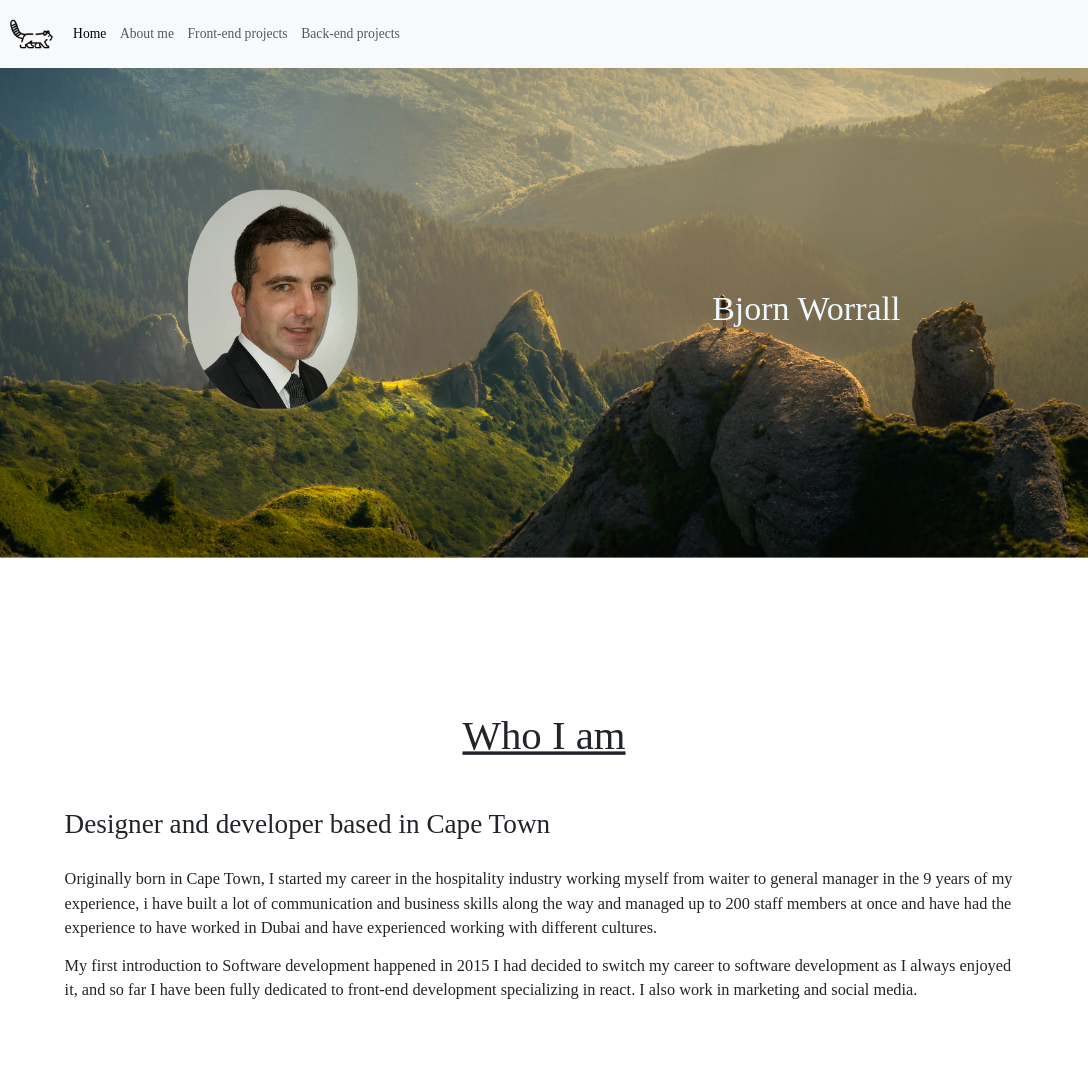
Repository: lasity34/portfolio
Page: index.html
The author's editor kept a copy of each file at every save. The page is drawn from the files as they stood at one save, then again after the next save.
The browser window is 1280 px wide. The pictures show the whole page, at 85% of full size.
Backgrounds fixed to the window are drawn as part of the page. Some web fonts or font styles are not loaded; a fallback is used.

Above is the page before, as saved 2023-03-14 08:44:47.

After the next save:
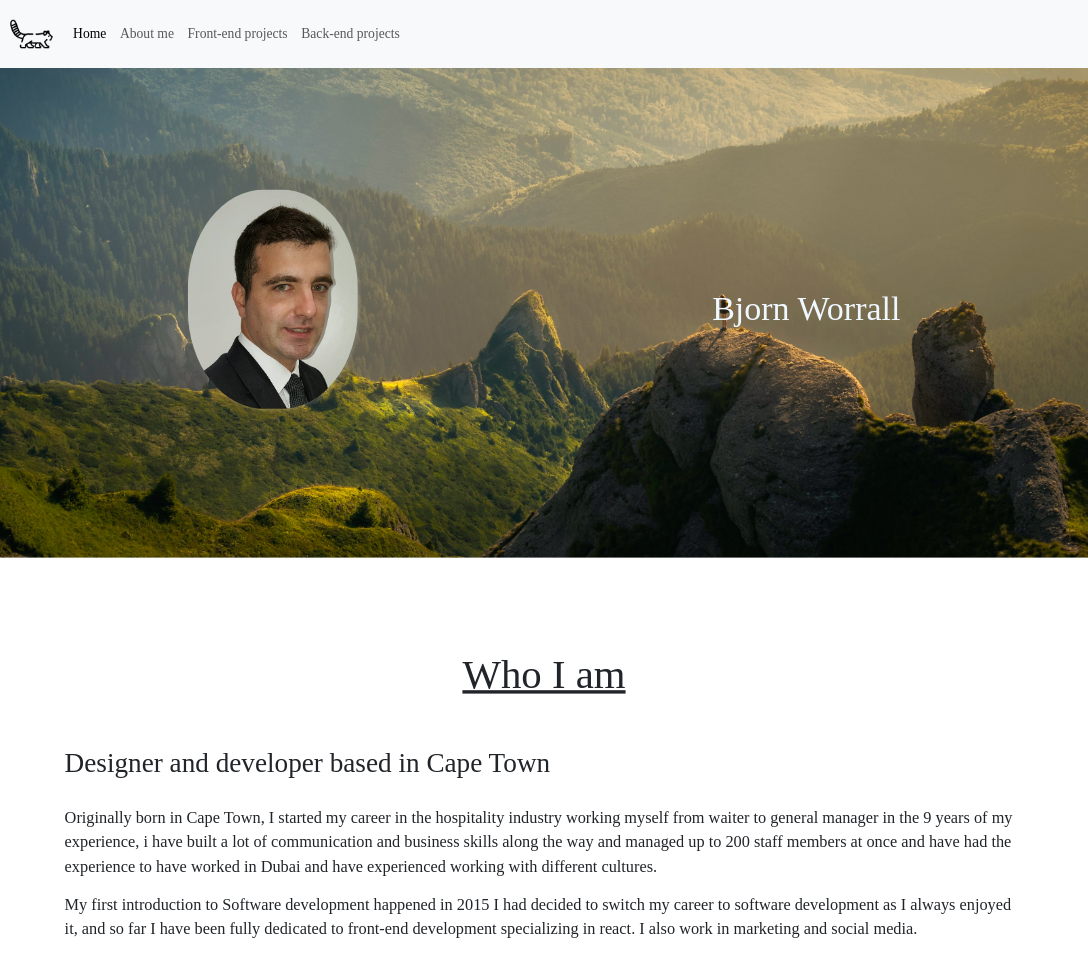
Saved 67 s later.
--- a/styles.css
+++ b/styles.css
@@ -101,3 +101,9 @@ body, html {
 #about_me p {
         font-size: 1.2rem;
 }
+
+@media (min-width: 768px) {
+    .about_container {
+        height: 60vh;
+    }
+}
